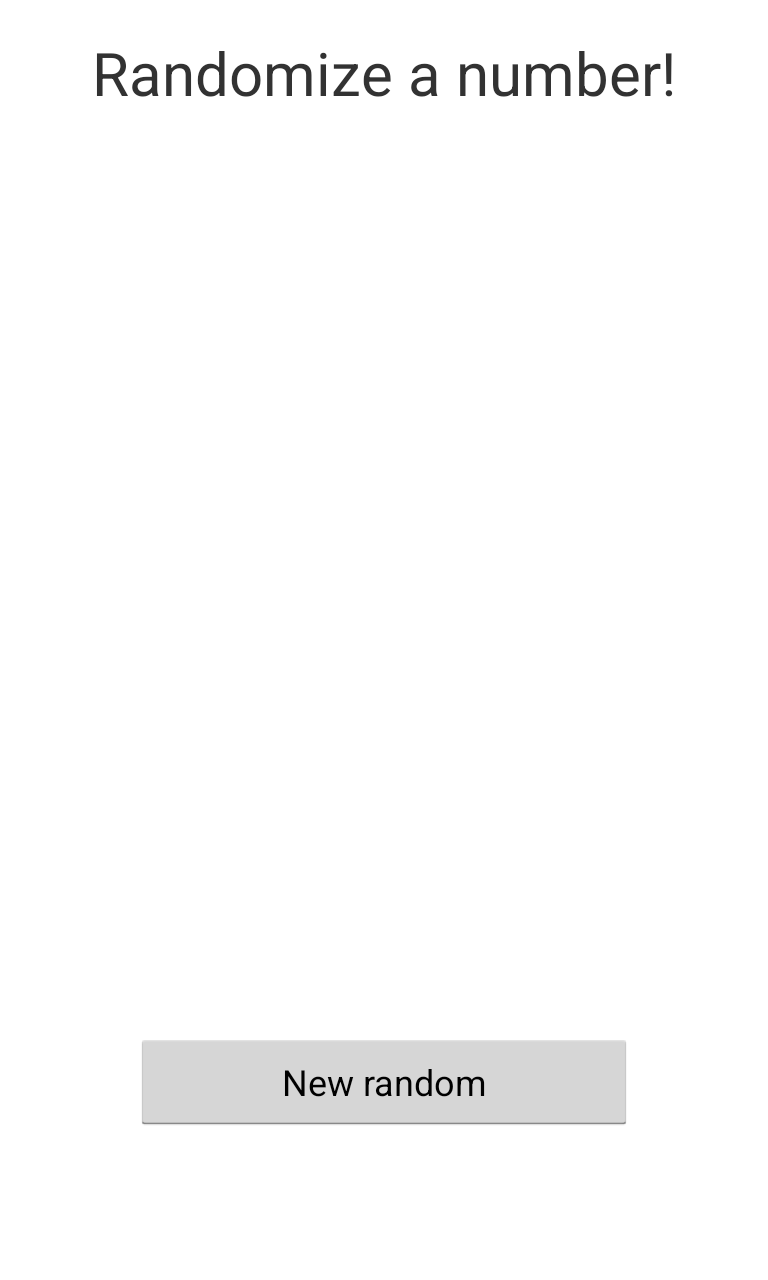
Repository: me222rs/AndroidLab1
Layout: Lab1/res/layout/activity_main.xml
An editor plug-in stored every save of this project. The layout is shown before and after a run of saves, followed by the edit.
It is drawn on a 768 x 1280 px phone screen (xhdpi) without system bars, with theme AppTheme; the app's code is not run.

Above is the layout before, as saved 2014-11-14 09:50:27.

After the next 2 saves:
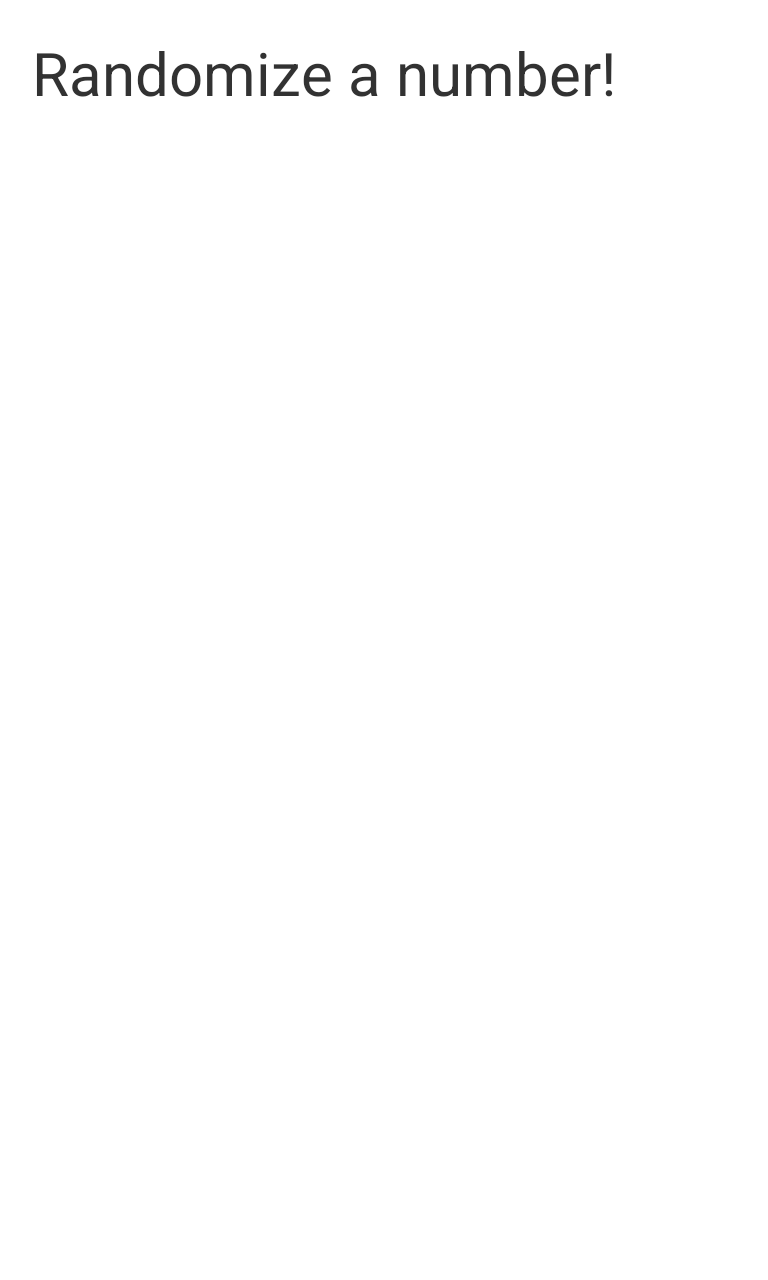
The 2 saves are shown as one change because 1 did not build or start.
The last was saved 3 min 22 s later.
--- a/Lab1/res/layout/activity_main.xml
+++ b/Lab1/res/layout/activity_main.xml
@@ -1,4 +1,4 @@
-<RelativeLayout xmlns:android="http://schemas.android.com/apk/res/android"
+<LinearLayout xmlns:android="http://schemas.android.com/apk/res/android"
     xmlns:tools="http://schemas.android.com/tools"
     android:layout_width="match_parent"
     android:layout_height="match_parent"
@@ -6,7 +6,10 @@
     android:paddingLeft="@dimen/activity_horizontal_margin"
     android:paddingRight="@dimen/activity_horizontal_margin"
     android:paddingTop="@dimen/activity_vertical_margin"
-    tools:context="com.example.lab1.MainActivity" >
+    tools:context="com.example.lab1.MainActivity"
+    android:orientation="vertical"
+     >
+
 
     <TextView
 
@@ -42,4 +45,4 @@
     />
 
 
-</RelativeLayout>
+</LinearLayout>
